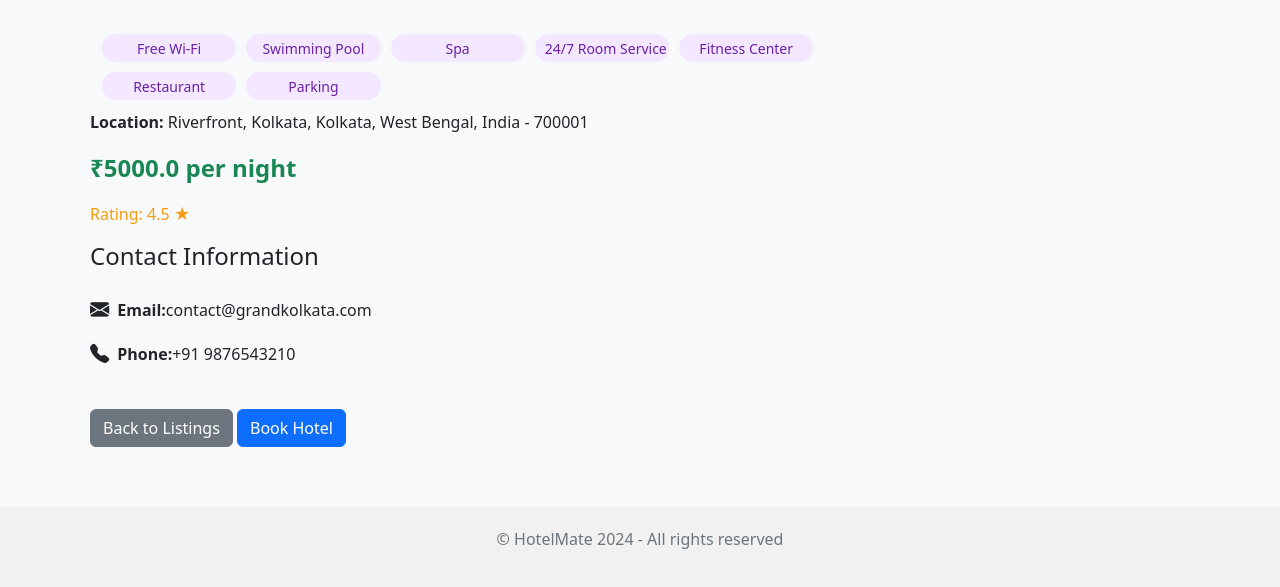
Repository: himanshu2k23/HoteMate
Page: http://localhost/HotelMate/details.jsp
These files come from the project's save history. The page is drawn as it stood at one moment and after the next save; the edit follows.
The browser window is 1280 px wide. The pictures show the part of the page from y = 706 to 1293 px (the page is 1293 px tall before and 1277 px after).
The page is served by Tomcat 10.

Above is the page before, as saved 2025-01-13 19:27:14.

After the next save:
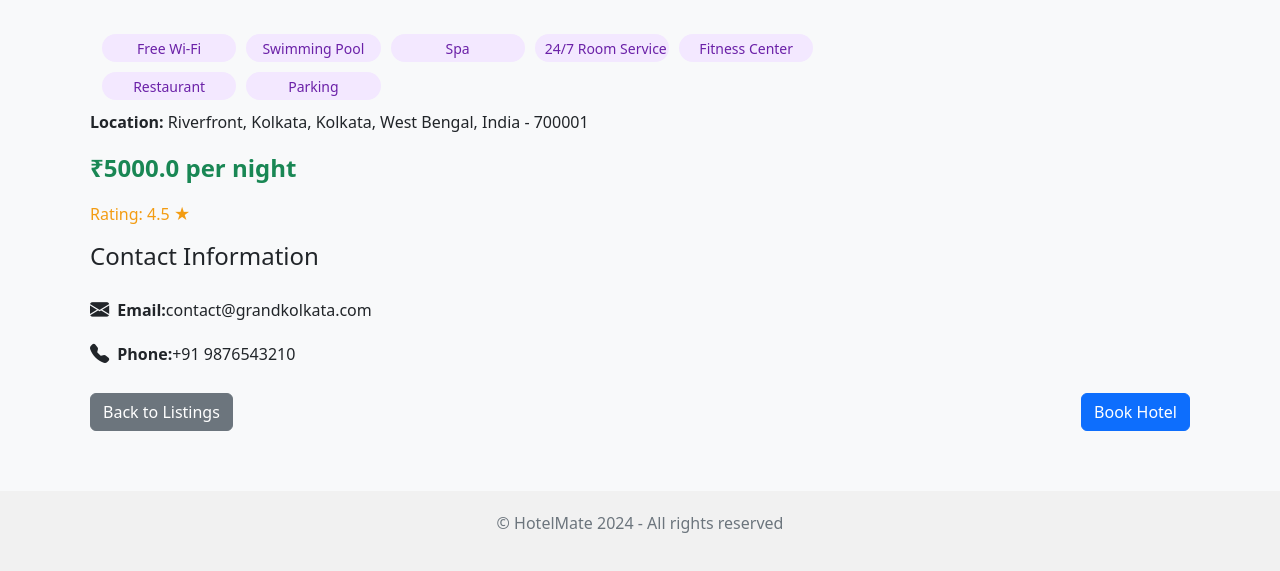
Saved 91 s later.
--- a/HotelMate/src/main/webapp/details.jsp
+++ b/HotelMate/src/main/webapp/details.jsp
@@ -167,8 +167,8 @@ body {
 				</h4>
 				<ul class="list-unstyled">
 					<li class="d-flex align-items-center mb-3"><i
-						class="bi bi-envelope-fill me-2" style="font-size: 1.2rem;"></i> <strong>Email: </strong>
-						<%=contactEmail%></li>
+						class="bi bi-envelope-fill me-2" style="font-size: 1.2rem;"></i> <strong>Email:
+					</strong> <%=contactEmail%></li>
 					<li class="d-flex align-items-center"><i
 						class="bi bi-telephone-fill me-2" style="font-size: 1.2rem;"></i>
 						<strong>Phone: </strong> <%=contactPhone%></li>
@@ -177,9 +177,11 @@ body {
 
 		</div>
 
-		<a href="HotelDataServlet" class="btn btn-secondary mt-4">Back to
-			Listings</a>
-		<a href="" class="btn btn-primary mt-4">Book Hotel</a>
+		<div class="d-flex justify-content-between mt-4">
+			<a href="HotelDataServlet" class="btn btn-secondary">Back to
+				Listings</a> <a href="" class="btn btn-primary">Book Hotel</a>
+		</div>
+
 	</div>
 
 	<!-- Footer -->
